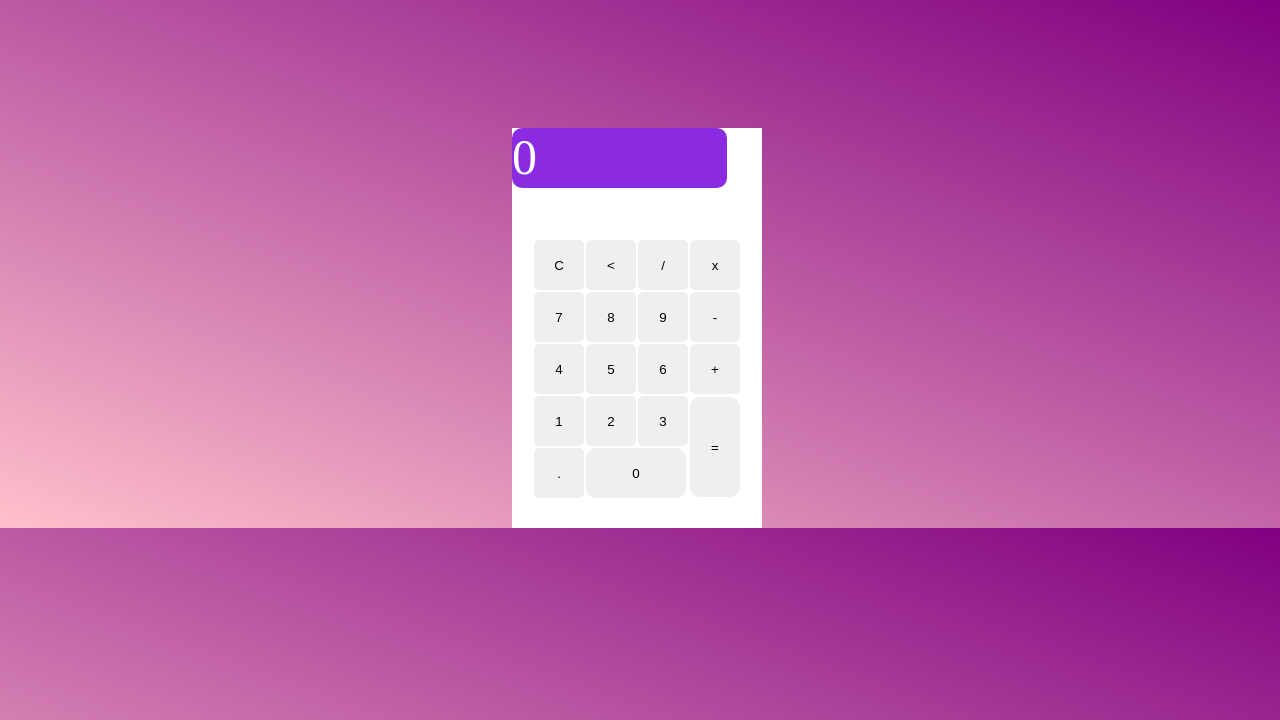
Repository: mariele-huff/calculadora
Page: index.html
These files come from the project's save history. The page is drawn as it stood at one moment and after the next save; the edit follows.
The browser window is 1280 px wide. The pictures show the whole page.

Above is the page before, as saved 2022-08-12 19:19:05.

After the next save:
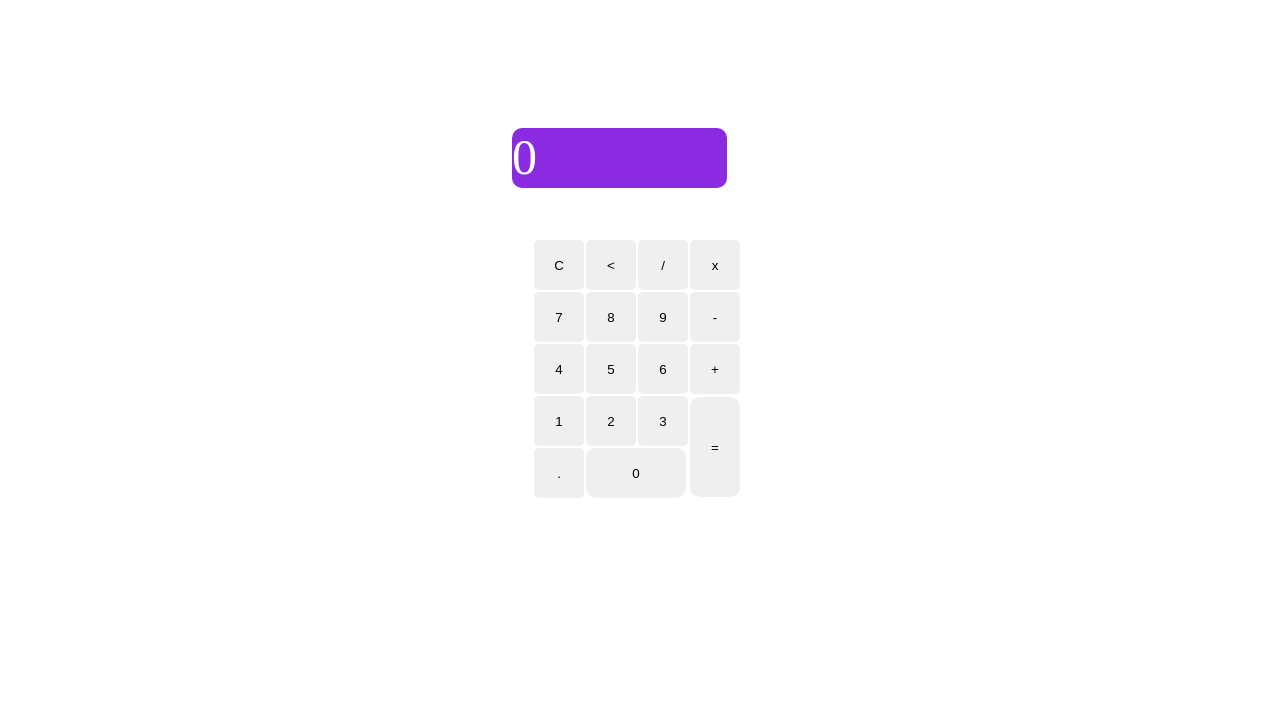
Saved 11 s later.
--- a/style.css
+++ b/style.css
@@ -3,10 +3,7 @@
     padding: 0;
 }
 
-body{
-    background-image: linear-gradient(20deg , pink, purple);
 
-}
 
 .calculadora{
     margin-top: 10%;
